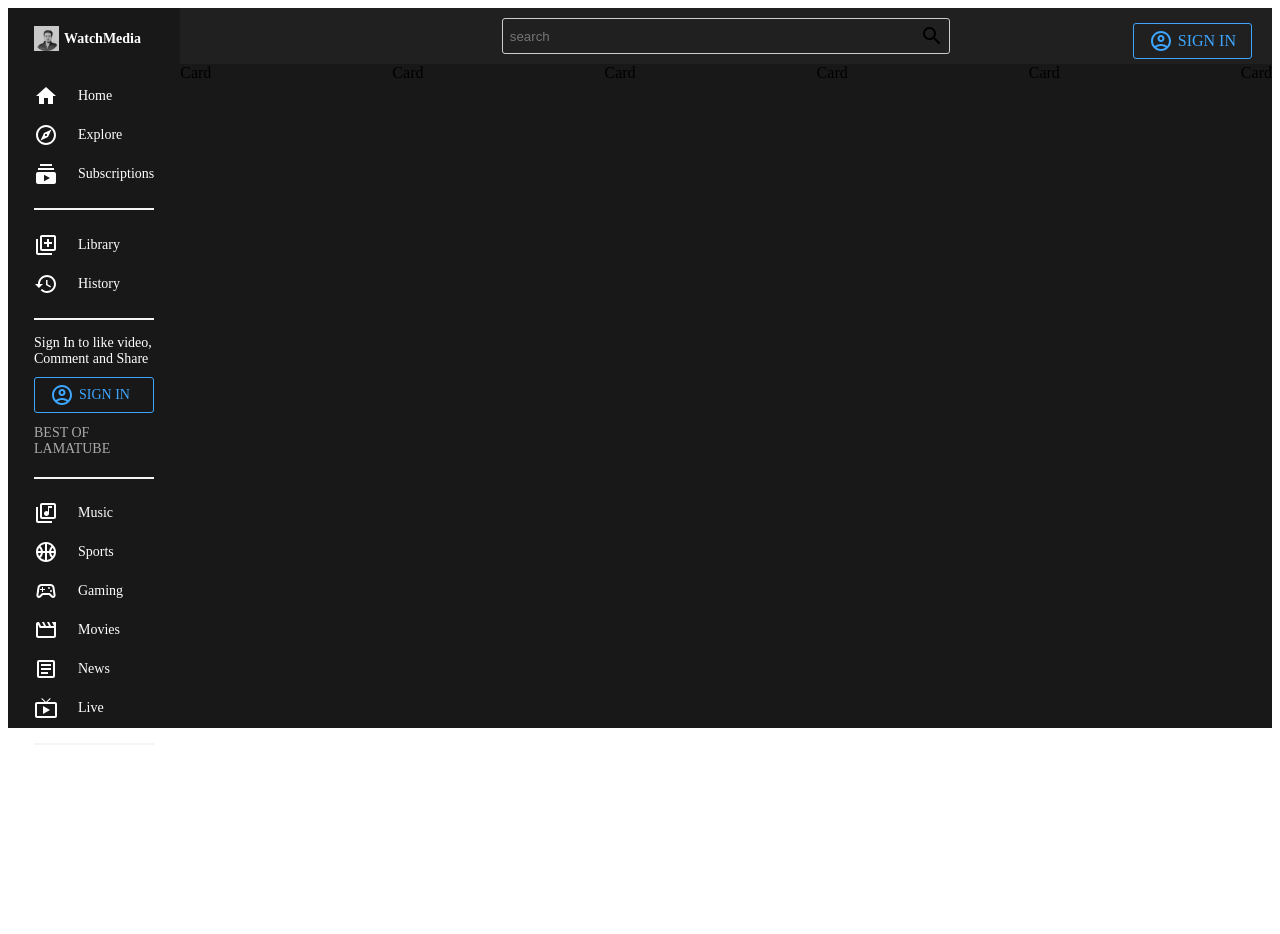
Repository: inzamamahmad3/final-year-project-skeleton
Page: /
These files come from the project's save history. The page is drawn as it stood at one moment and after the next save; the edit follows.
The browser window is 1280 px wide. The pictures show the whole page.
The project was rebuilt for these pictures with package versions that can differ from the ones it lists, and the page was loaded fresh each time. Also part of the build but not shown: src/pages/Video.jsx.

Above is the page before, as saved 2023-07-20 12:28:15.

### src/App.js
import styled, { ThemeProvider } from "styled-components";
import Menu from "./components/Menu";
import Navbar from "./components/Navbar";
import { darkTheme, lightTheme } from "./utils/Theme";
import { useState } from "react";
import { BrowserRouter, Routes, Route } from "react-router-dom";
import Home from "./pages/Home";
import Video from "./pages/Video";

const Container = styled.div`
  display: flex;
`;
const Main = styled.div`
  flex: 7;
  background-color: ${({ theme }) => theme.bg};
`;
const Wrapper = styled.div``;

function App() {
  const [darkMode, setDarkMode] = useState(true);
  return (
    <>
      <ThemeProvider theme={darkMode ? darkTheme : lightTheme}>
        <Container>
          <BrowserRouter>
            <Menu darkMode={darkMode} setDarkMode={setDarkMode} />
            <Main>
              <Navbar />
              <Wrapper>
                <Routes>
                  <Route path="/">
                    <Route index element={<Home />} />
                    <Route path="video">
                      <Route path=":id" element={<Video />} />
                    </Route>
                  </Route>
                </Routes>
              </Wrapper>
            </Main>
          </BrowserRouter>
        </Container>
      </ThemeProvider>
    </>
  );
}

export default App;

### src/components/Menu.jsx
import React from "react";
import styled from "styled-components";
import watch from "../img/pic.png";
import HomeIcon from "@mui/icons-material/Home";
import ExploreOutlinedIcon from "@mui/icons-material/ExploreOutlined";
import SubscriptionsIcon from "@mui/icons-material/Subscriptions";
import LibraryAddOutlinedIcon from "@mui/icons-material/LibraryAddOutlined";
import HistoryOutlinedIcon from "@mui/icons-material/HistoryOutlined";
import LibraryMusicOutlinedIcon from "@mui/icons-material/LibraryMusicOutlined";
import SportsEsportsOutlinedIcon from "@mui/icons-material/SportsEsportsOutlined";
import SportsBasketballOutlinedIcon from "@mui/icons-material/SportsBasketballOutlined";
import MovieOutlinedIcon from "@mui/icons-material/MovieOutlined";
import ArticleOutlinedIcon from "@mui/icons-material/ArticleOutlined";
import LiveTvOutlinedIcon from "@mui/icons-material/LiveTvOutlined";
import AccountCircleOutlinedIcon from "@mui/icons-material/AccountCircleOutlined";
import SettingsOutlinedIcon from "@mui/icons-material/SettingsOutlined";
import FlagOutlinedIcon from "@mui/icons-material/FlagOutlined";
import HelpOutlineOutlinedIcon from "@mui/icons-material/HelpOutlineOutlined";
import SettingsBrightnessOutlinedIcon from "@mui/icons-material/SettingsBrightnessOutlined";
import { Link } from "react-router-dom";

const Container = styled.div`
  flex: 1;
  background-color: ${({ theme }) => theme.bg};
  height: 100vh;
  color: ${({ theme }) => theme.text};
  font-size: 14px;
  position: sticky;
  top: 0;
`;

const Wrapper = styled.div`
  padding: 18px 26px;
`;

const Logo = styled.div`
  display: flex;
  align-items: center;
  gap: 5px;
  font-weight: bold;
  margin-bottom: 25px;
`;

const Item = styled.div`
  display: flex;
  align-items: center;
  gap: 20px;
  cursor: pointer;
  padding: 7.5px 0px;
`;

const Img = styled.img`
  height: 25px;
`;

const Hr = styled.hr`
  margin: 15px 0px;
  border: 0.5px solid ${({ theme }) => theme.soft};
`;

const Login = styled.div``;
const Button = styled.div`
  padding: 5px 15px;
  background-color: transparent;
  border: 1px solid #3ea6ff;
  color: #3ea6ff;
  border-radius: 3px;
  font-weight: 500;
  margin-top: 10px;
  cursor: pointer;
  display: flex;
  align-items: center;
  gap: 5px;
`;

const Title = styled.h2`
  font-size: 14px;
  font-weight: 500;
  color: #aaaaaa;
  margin-bottom: 20px;
`;

function Menu({ darkMode, setDarkMode }) {
  return (
    <Container>
      <Wrapper>
        <Logo>
          <Img src={watch} />
          WatchMedia
        </Logo>
        <Item>
          <HomeIcon />
          Home
        </Item>
        <Item>
          <ExploreOutlinedIcon />
          Explore
        </Item>
        <Item>
          <SubscriptionsIcon />
          Subscriptions
        </Item>
        <Hr />
        <Item>
          <LibraryAddOutlinedIcon />
          Library
        </Item>
        <Item>
          <HistoryOutlinedIcon />
          History
        </Item>
        <Hr />
        <Login>
          Sign In to like video, Comment and Share
          <Button>
            <AccountCircleOutlinedIcon /> SIGN IN
          </Button>
        </Login>
        <Title>BEST OF LAMATUBE</Title>
        <Hr />
        <Item>
          <LibraryMusicOutlinedIcon />
          Music
        </Item>
        <Item>
          <SportsBasketballOutlinedIcon />
          Sports
        </Item>
        <Item>
          <SportsEsportsOutlinedIcon />
          Gaming
        </Item>
        <Item>
          <MovieOutlinedIcon />
          Movies
        </Item>
        <Item>
          <ArticleOutlinedIcon />
          News
        </Item>
        <Item>
          <LiveTvOutlinedIcon />
          Live
        </Item>
        <Hr />
        <Item>
          <SettingsOutlinedIcon />
          Settings
        </Item>
        <Item>
          <FlagOutlinedIcon />
          Report
        </Item>
        <Item>
          <HelpOutlineOutlinedIcon />
          Help
        </Item>
        <Item onClick={() => setDarkMode(!darkMode)}>
          <SettingsBrightnessOutlinedIcon />
          Light Mode
        </Item>
      </Wrapper>
    </Container>
  );
}

export default Menu;

### src/components/Navbar.jsx
import React from "react";
import styled from "styled-components";
import AccountCircleOutlinedIcon from "@mui/icons-material/AccountCircleOutlined";
import { SearchOutlined } from "@mui/icons-material";

const Container = styled.div`
  position: sticky;
  top: 0;
  background-color: ${({ theme }) => theme.bgLighter};
  height: 56px;
`;
const Wrapper = styled.div`
  display: flex;
  align-items: center;
  justify-content: flex-end;
  height: 100%;
  padding: 0px 20px;
  position: relative;
`;

const Search = styled.div`
  width: 40%;
  position: absolute;
  left: 0px;
  right: 0px;
  margin: auto;
  display: flex;
  align-items: center;
  justify-content: space-between;
  padding: 5px;
  border: 1px solid #ccc;
  border-radius: 3px;
`;

const Input = styled.input`
  border: none;
  background-color: transparent;
  outline: none;
  color: ${({ theme }) => theme.text};
`;

const Button = styled.div`
  padding: 5px 15px;
  background-color: transparent;
  border: 1px solid #3ea6ff;
  color: #3ea6ff;
  border-radius: 3px;
  font-weight: 500;
  margin-top: 10px;
  cursor: pointer;
  display: flex;
  align-items: center;
  gap: 5px;
`;

const Navbar = () => {
  return (
    <Container>
      <Wrapper>
        <Search>
          <Input placeholder="search" />
          <SearchOutlined />
        </Search>
        <Button>
          <AccountCircleOutlinedIcon /> SIGN IN
        </Button>
      </Wrapper>
    </Container>
  );
};

export default Navbar;

### src/utils/Theme.js
export const darkTheme = {
  bg: "#181818",
  bgLighter: "#202020",
  text: "white",
  textSoft: "#aaaaaa",
  soft: "#f5f5f5",
};
export const lightTheme = {
  bg: "#f9f9f9",
  bgLighter: "white",
  text: "black",
  textSoft: "#606060",
  soft: "#373737",
};

### src/pages/Home.jsx
import React from "react";
import styled from "styled-components";
import Card from "../components/Card";

const Container = styled.div`
  display: flex;
  justify-content: space-between;
  flex-wrap: wrap;
`;

const Home = () => {
  return (
    <Container>
      <Card />
      <Card />
      <Card />
      <Card />
      <Card />
      <Card />
    </Container>
  );
};

export default Home;

### src/components/Card.jsx
import React from "react";
import styled from "styled-components";

const Container = styled.div``;

const Card = () => {
  return <Container>Card</Container>;
};

export default Card;

Loaded but not shown: public/index.html (common file); src/index.js (common file)

After the next save:
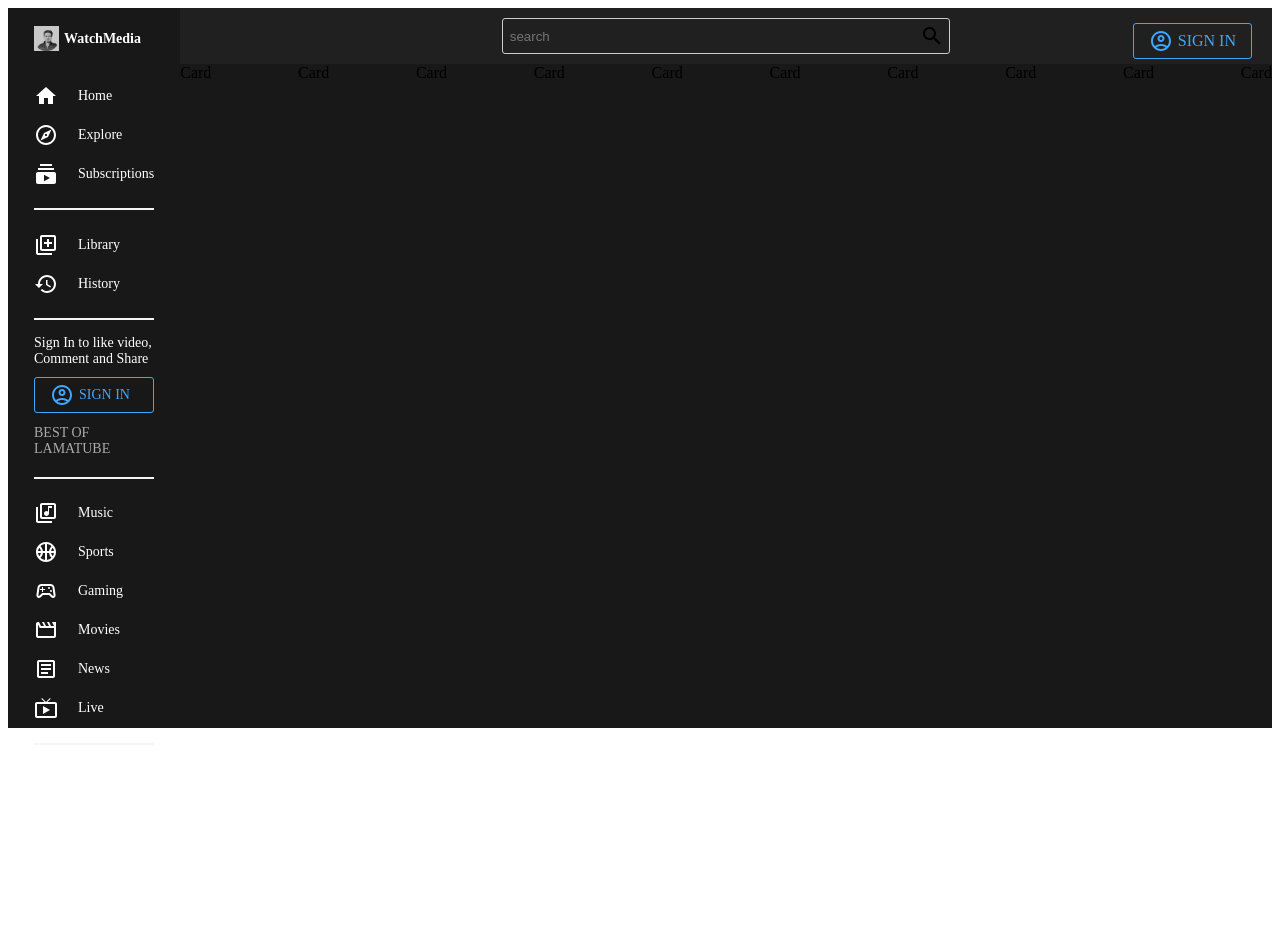
Saved 101 s later.
--- a/src/pages/Home.jsx
+++ b/src/pages/Home.jsx
@@ -17,6 +17,10 @@ const Home = () => {
       <Card />
       <Card />
       <Card />
+      <Card />
+      <Card />
+      <Card />
+      <Card />
     </Container>
   );
 };
